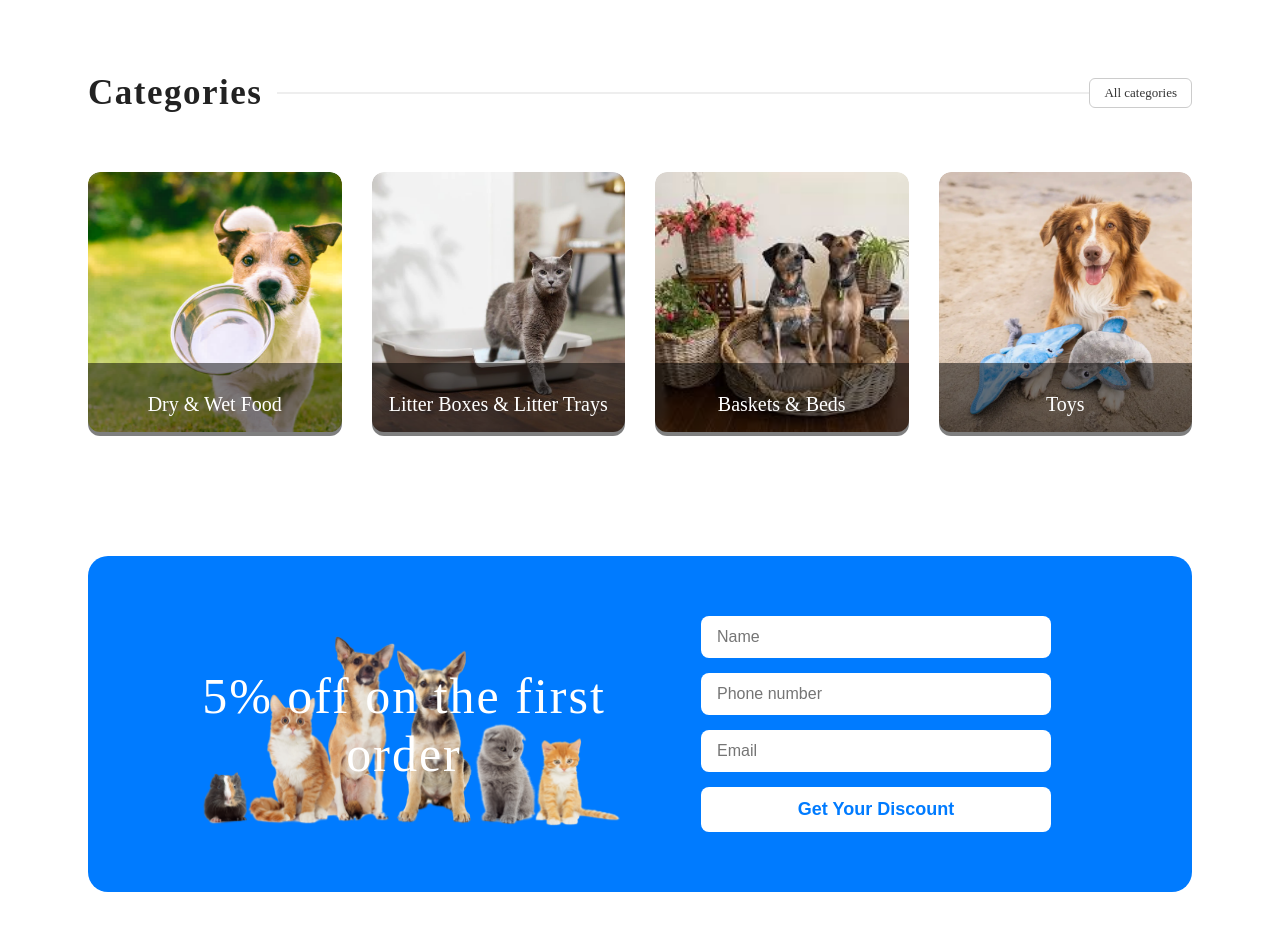
Repository: JuliiaJuliia/pet-shop-frontend
Page: / (app in pet-shop-frontend/)
An editor plug-in stored every save of this project. The page is shown before and after the next save, followed by the edit.
The browser window is 1280 px wide. The pictures show the part of the page from y = 611 to 1563 px (the page is 1563 px tall).
The project was rebuilt for these pictures with package versions that can differ from the ones it lists, and the page was loaded fresh each time. Also part of the build but not shown: pet-shop-frontend/vite.config.js, pet-shop-frontend/src/pages/CheckoutPage.jsx, pet-shop-frontend/src/api/axios.js, pet-shop-frontend/src/components/ProductList.jsx.

Above is the page before, as saved 2025-11-06 14:44:13.

After the next save:
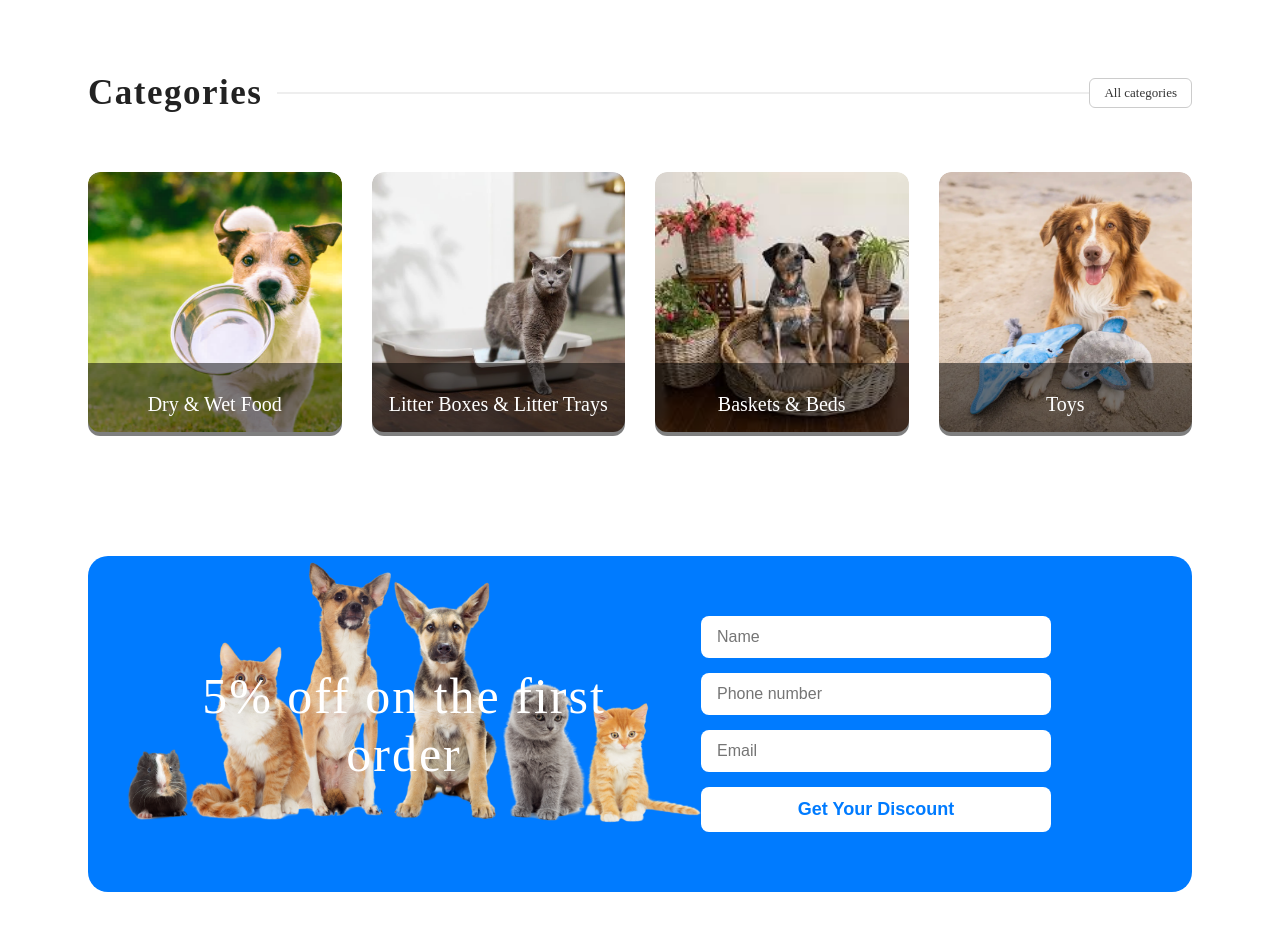
Saved 16 s later.
--- a/pet-shop-frontend/src/components/DiscountBanner.css
+++ b/pet-shop-frontend/src/components/DiscountBanner.css
@@ -42,7 +42,7 @@
 
   /* 🔹 Фото тварин — знизу */
   .discount-banner__image {
-    width: 100%;
+    width: 500%;
     max-width: 650px;
     object-fit: contain;
     position: absolute;

After the save that followed:
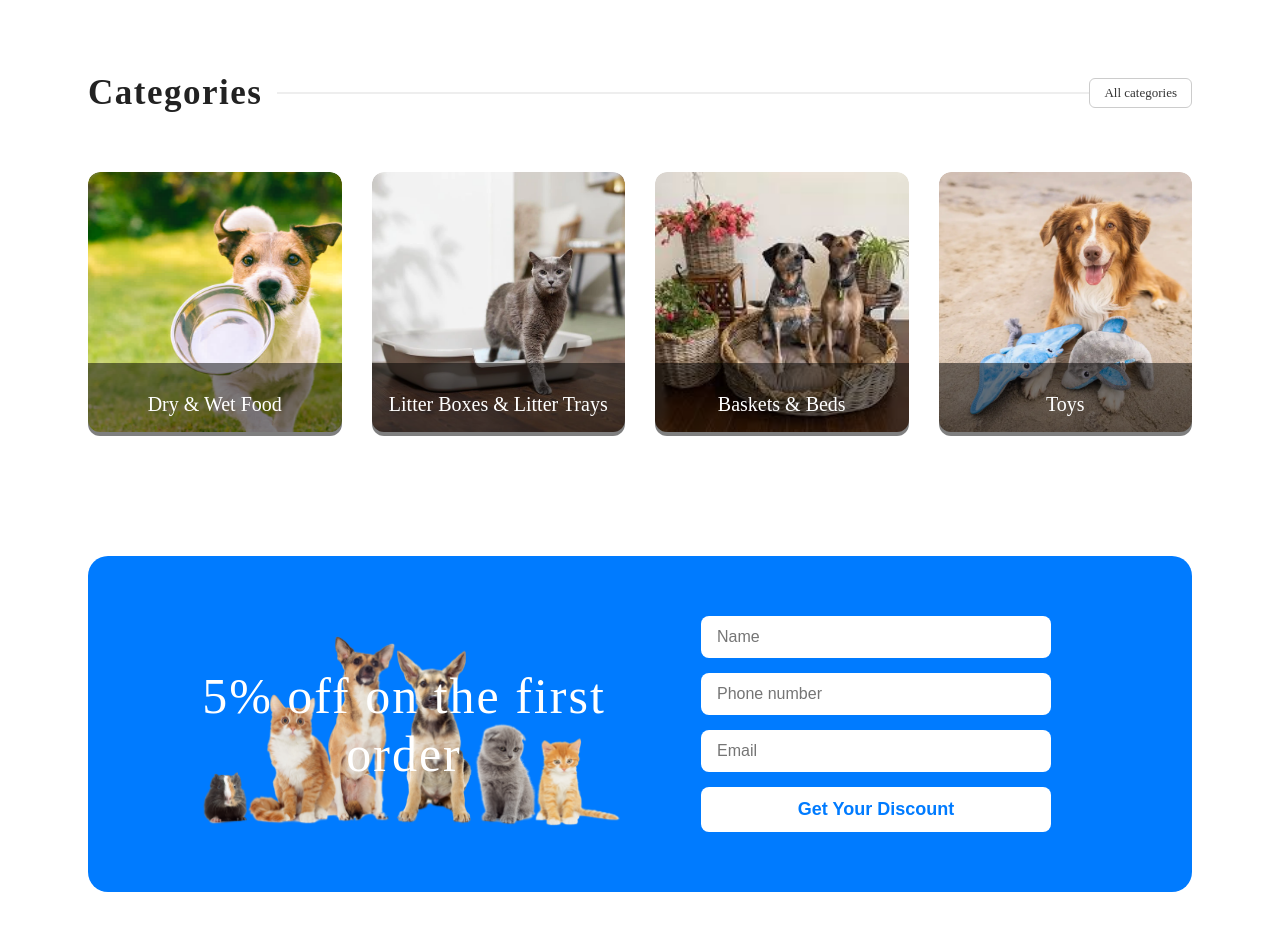
Saved 5 s later.
--- a/pet-shop-frontend/src/components/DiscountBanner.css
+++ b/pet-shop-frontend/src/components/DiscountBanner.css
@@ -42,7 +42,7 @@
 
   /* 🔹 Фото тварин — знизу */
   .discount-banner__image {
-    width: 500%;
+    width: 100%;
     max-width: 650px;
     object-fit: contain;
     position: absolute;
